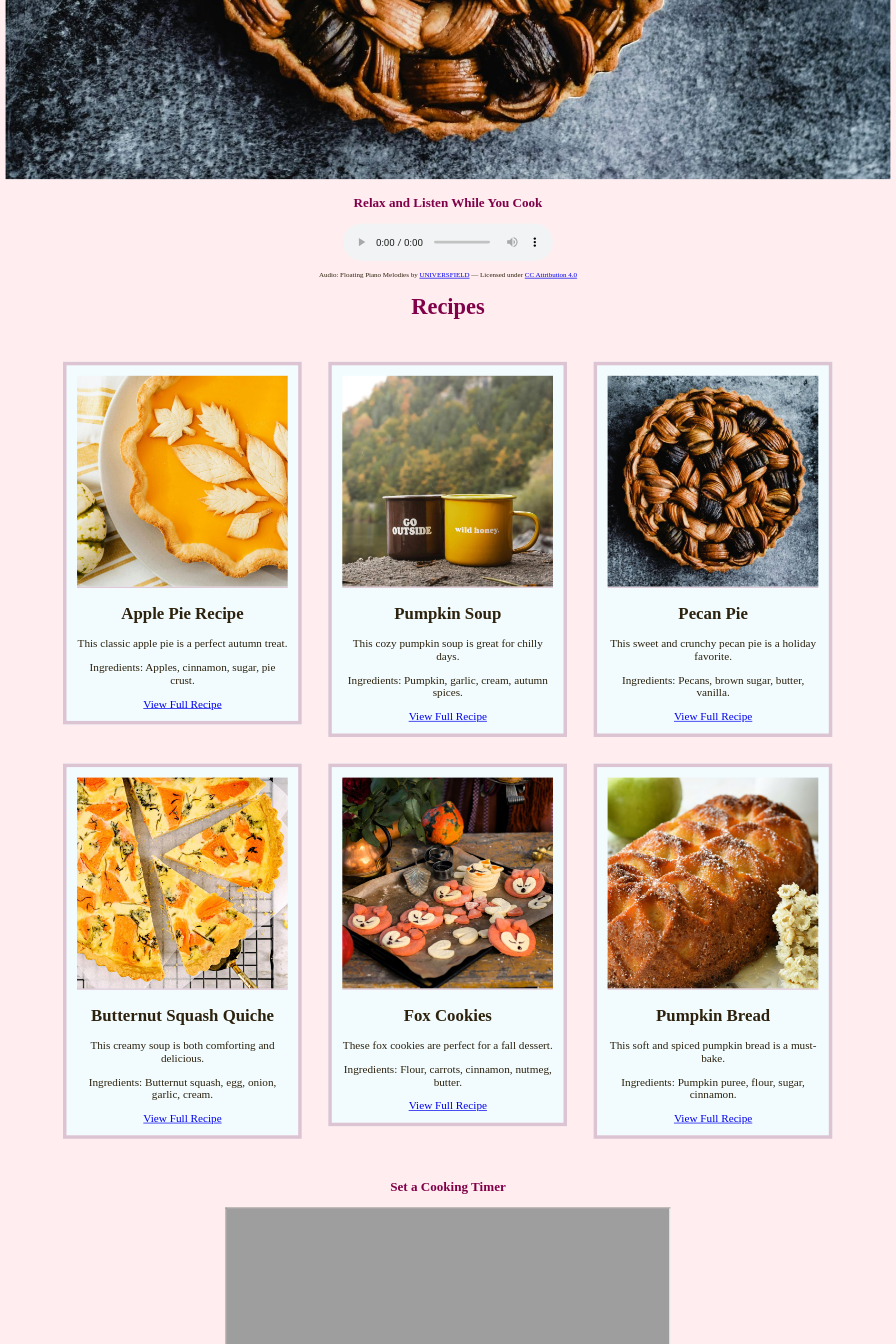
Repository: Brittany-Westlund/MART341-WebDesign
Page: WebDesignHomework/Assignment8/recipes.html
These files come from the project's save history. The page is drawn as it stood at one moment and after the next save; the edit follows.
The browser window is 1280 px wide. The pictures show the part of the page from y = 667 to 2587 px (the page is 3050 px tall), at 70% of full size.
Pictures or frames that could not be fetched are drawn as grey boxes.

Above is the page before, as saved 2024-10-13 13:09:27.

### WebDesignHomework/Assignment8/recipes.html
<!DOCTYPE html>
<html lang="en">
<head>
    <meta charset="UTF-8">
    <meta name="viewport" content="width=device-width, initial-scale=1.0">
    <title>Autumn Orchard</title>

    <style>
        body {
            background-color: rgb(255, 237, 239);
        }
        h1, h3 {
            color: rgb(128, 0, 73);
            text-align: center;
        }
        h2, p {
            color: rgb(45, 34, 13);
            text-align: center;
        }
        .recipe-section {
            width: 90%;
            margin: 0 auto;
            padding: 20px;
        }
        .recipe {
            width: 30%;
            float: left;
            margin: 1.66%; /* Spacing between the recipes */
            border: 5px solid rgb(221, 196, 210);
            padding: 15px;
            background-color: #f2fcff;
            box-sizing: border-box;
            text-align: center; /* Center text and images in the recipe div */
        }
        .recipe img {
            width: 100%; /* Make images full width of container */
            height: auto;
            border-bottom: 2px solid rgb(221, 196, 210); /* Add border to separate image */
        }
        .clear {
            clear: both;
        }
    </style>

</head>
<body>

<!-- Navigation Links -->
    <a style="float: right; padding: 10px" href="index.html">HOME</a>
    <a style="float: right; padding: 10px" href="activities.html">ACTIVITIES</a>
    <a style="float: right; padding: 10px" href="recipes.html">RECIPES</a>

    <h1 style="text-align: left;">Cozy Harvest</h1>

<!-- Hero image -->
    <img src="images/autumn-slices-pie-optimized.jpg" style="width: 100%;" alt="Autumn Pie">


<!-- Audio element -->
    <h3>Relax and Listen While You Cook</h3>
    <div style="text-align: center;">
        <audio controls>
            <source src="audio/floating-piano-melodies.mp3" type="audio/mpeg">
            Your browser does not support the audio element.
        </audio>
        <!-- Audio attribution -->
        <p style="font-size: 10px;">Audio: Floating Piano Melodies by <a href="https://freesound.org/s/723971/" target="_blank">UNIVERSFIELD</a> — Licensed under <a href="https://creativecommons.org/licenses/by/4.0/" target="_blank">CC Attribution 4.0</a></p>
    </div>


<!-- Recipe section -->
    <h1>Recipes</h1>
    <div class="recipe-section">
        <div class="recipe">
            <img src="images/pumpkin-pie-leaves.jpg" alt="Apple Pie">
            <h2>Apple Pie Recipe</h2>
            <p>This <span class="special-note">classic apple pie</span> is a perfect autumn treat.</p>
            <p>Ingredients: Apples, cinnamon, sugar, pie crust.</p>
            <a href="https://external-recipe-link.com" target="_blank">View Full Recipe</a>
        </div>

        <div class="recipe">
            <img src="images/autumn-coffee-mugs-square.jpg" alt="Pumpkin Soup">
            <h2>Pumpkin Soup</h2>
            <p>This <span class="special-note">cozy pumpkin soup</span> is great for chilly days.</p>
            <p>Ingredients: Pumpkin, garlic, cream, autumn spices.</p>
            <a href="https://external-recipe-link.com" target="_blank">View Full Recipe</a>
        </div>

        <div class="recipe">
            <img src="images/autumn-slices-pie-square.jpg" alt="Pecan Pie">
            <h2>Pecan Pie</h2>
            <p>This <span class="special-note">sweet and crunchy pecan pie</span> is a holiday favorite.</p>
            <p>Ingredients: Pecans, brown sugar, butter, vanilla.</p>
            <a href="https://external-recipe-link.com" target="_blank">View Full Recipe</a>
        </div>

        <div class="recipe">
            <img src="images/autumn-quiche-square.jpg" alt="Butternut Squash Quiche">
            <h2>Butternut Squash Quiche</h2>
            <p>This <span class="special-note">creamy soup</span> is both comforting and delicious.</p>
            <p>Ingredients: Butternut squash, egg, onion, garlic, cream.</p>
            <a href="https://external-recipe-link.com" target="_blank">View Full Recipe</a>
        </div>

        <div class="recipe">
            <img src="images/fox-cookies-square.jpg" alt="Fox Cookies">
            <h2>Fox Cookies</h2>
            <p>These <span class="special-note">fox cookies</span> are perfect for a fall dessert.</p>
            <p>Ingredients: Flour, carrots, cinnamon, nutmeg, butter.</p>
            <a href="https://external-recipe-link.com" target="_blank">View Full Recipe</a>
        </div>

        <div class="recipe">
            <img src="images/autumn-bundt-cake-square.jpg" alt="Pumpkin Bread">
            <h2>Pumpkin Bread</h2>
            <p>This <span class="special-note">soft and spiced pumpkin bread</span> is a must-bake.</p>
            <p>Ingredients: Pumpkin puree, flour, sugar, cinnamon.</p>
            <a href="https://external-recipe-link.com" target="_blank">View Full Recipe</a>
        </div>


        <div class="clear"></div> <!-- Clears the float after the rows -->
    </div>


<!-- Cooking Timer iframe -->
    <h3>Set a Cooking Timer</h3>
    <div style="width: 100%; text-align: center;">
        <iframe src="https://123timer.com/" width="50%" height="600"></iframe>
    </div>


<!-- Escape character example -->
    <p>&copy; 2024 Autumn Orchard • Enjoy Your Harvest</p>

</body>
</html>

After the next save:
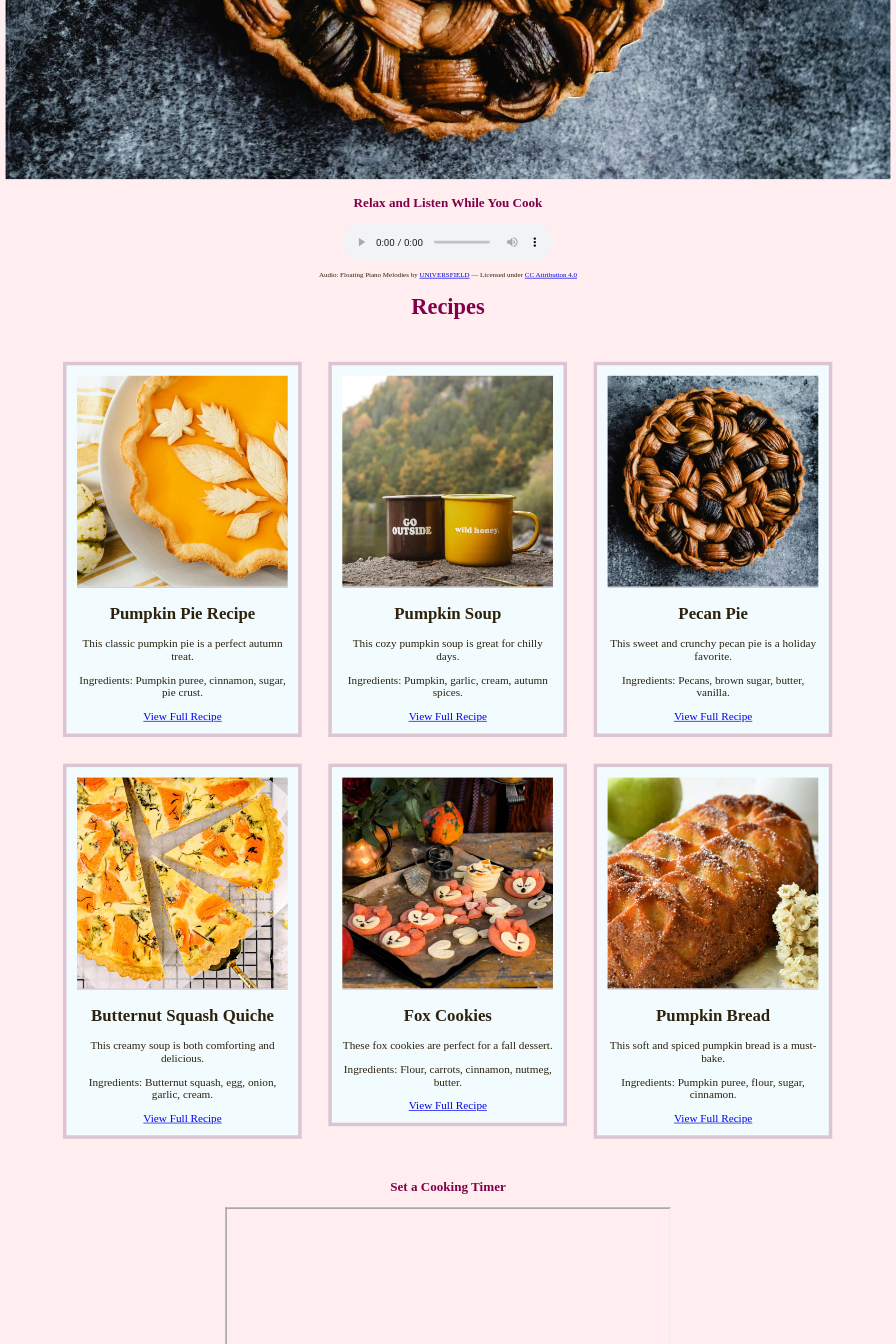
Saved 2 min 18 s later.
--- a/WebDesignHomework/Assignment8/recipes.html
+++ b/WebDesignHomework/Assignment8/recipes.html
@@ -72,10 +72,10 @@
     <h1>Recipes</h1>
     <div class="recipe-section">
         <div class="recipe">
-            <img src="images/pumpkin-pie-leaves.jpg" alt="Apple Pie">
-            <h2>Apple Pie Recipe</h2>
-            <p>This <span class="special-note">classic apple pie</span> is a perfect autumn treat.</p>
-            <p>Ingredients: Apples, cinnamon, sugar, pie crust.</p>
+            <img src="images/pumpkin-pie-leaves.jpg" alt="Pumpkin Pie">
+            <h2>Pumpkin Pie Recipe</h2>
+            <p>This <span class="special-note">classic pumpkin pie</span> is a perfect autumn treat.</p>
+            <p>Ingredients: Pumpkin puree, cinnamon, sugar, pie crust.</p>
             <a href="https://external-recipe-link.com" target="_blank">View Full Recipe</a>
         </div>
 
